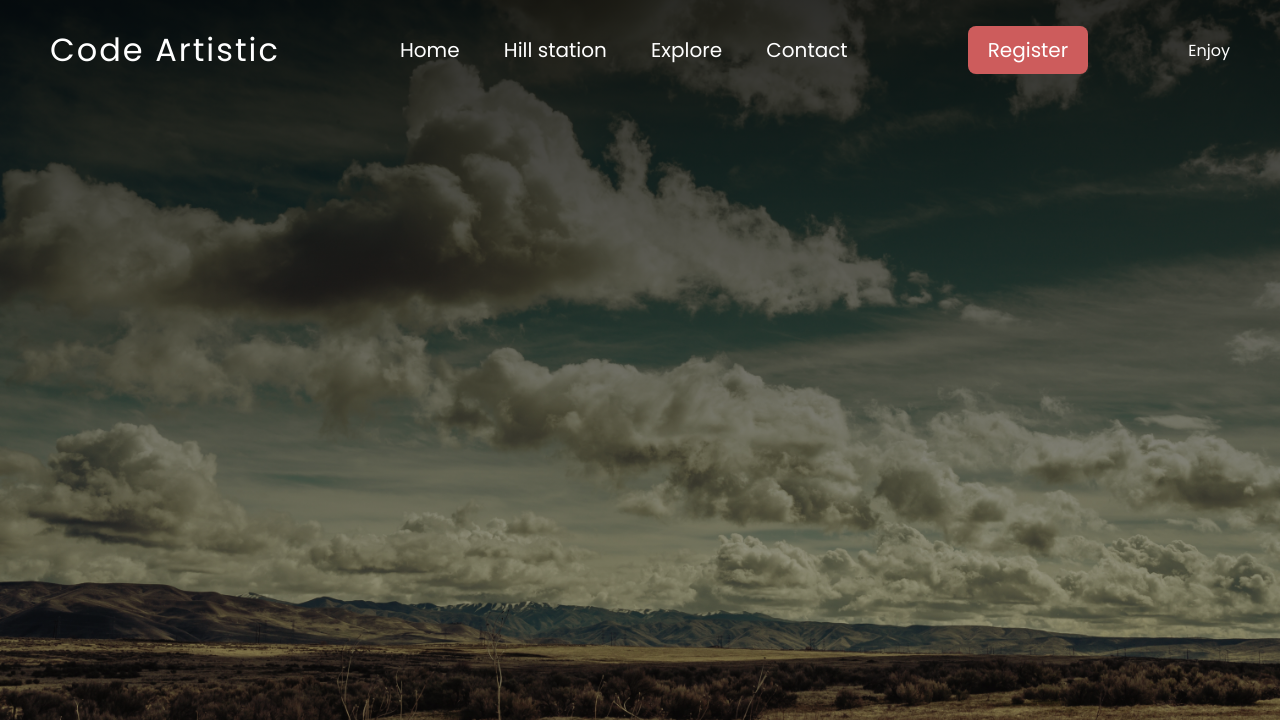
Repository: Ruxmary7/energy
Page: starter/index.html
These files come from the project's save history. The page is drawn as it stood at one moment and after the next save; the edit follows.
The browser window is 1280 px wide. The pictures show the whole page.

Above is the page before, as saved 2025-01-10 22:09:39.

### starter/index.html
<!DOCTYPE html>
<html lang="en">
<head>
    <meta charset="UTF-8">
    <meta name="viewport" content="width=device-width, initial-scale=1.0">
    <title>Landing page</title>
    <link rel="stylesheet" href="style.css">
</head>
<body>
    <header>
<nav>
    <div class="logo">
Code Artistic
    </div>
<div class="menu">
    <a href="#">Home</a>
    <a href="#">Hill station</a>
    <a href="#">Explore</a>
<a href="#">Contact</a>

</div>
<div class="register">
    <a href="#">Register</a>
</div>
<section><span>Enjoy</span>
<h1></h1>
</section>

    </header>
</body>
</html>

### starter/style.css

@import url('https://fonts.googleapis.com/css2?family=Hind&family=Poppins:ital,wght@0,200;0,300;0,400;0,500;0,600;1,200&display=swap');

* {
    padding: 0;
    margin: 0;
    box-sizing: border-box;
}

header {
    width: 100%;
    height: 100vh;
    background: linear-gradient(rgba(0,0,0,0.8), rgba(0,0,0,0.2)) , url(12.jpg);
    background-size: cover;
    font-family: Poppins, sans-serif;
 nav {
    width: 100%;
    height: 100px;
    color: #fff;
    display: flex;
    justify-content: space-around;
align-items: center;
 }
 .logo {
font-size: 2em;
letter-spacing: 2px;
 }
 .menu a {
    text-decoration: none;
    color: #fff;
    padding: 10px 20px;
   font-size: 20px;
 }
 .register a{
    text-decoration: none;
    color: #fff;
    padding: 10px 20px;
   font-size: 20px;
   border-radius: 8px;
   background: indianred;
 }
}

After the next save:
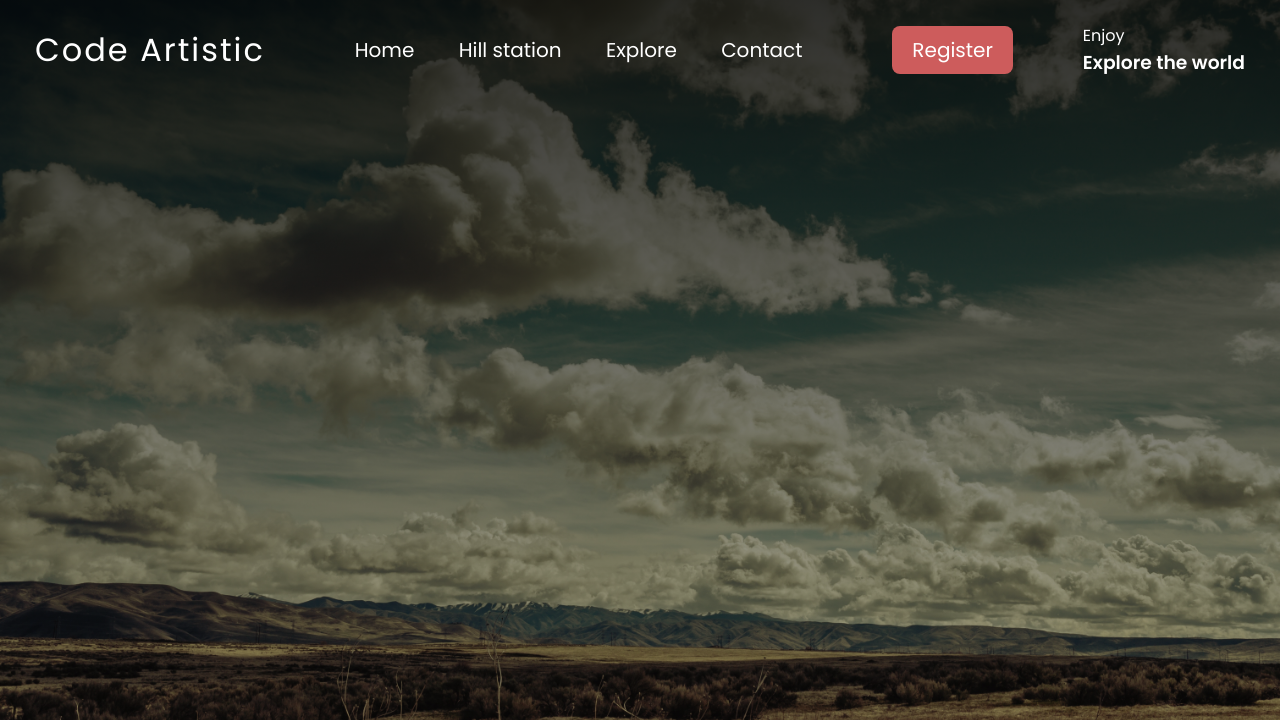
Saved 10 s later.
--- a/starter/index.html
+++ b/starter/index.html
@@ -23,7 +23,7 @@ Code Artistic
     <a href="#">Register</a>
 </div>
 <section><span>Enjoy</span>
-<h1></h1>
+<h1>Explore the world</h1>
 </section>
 
     </header>
